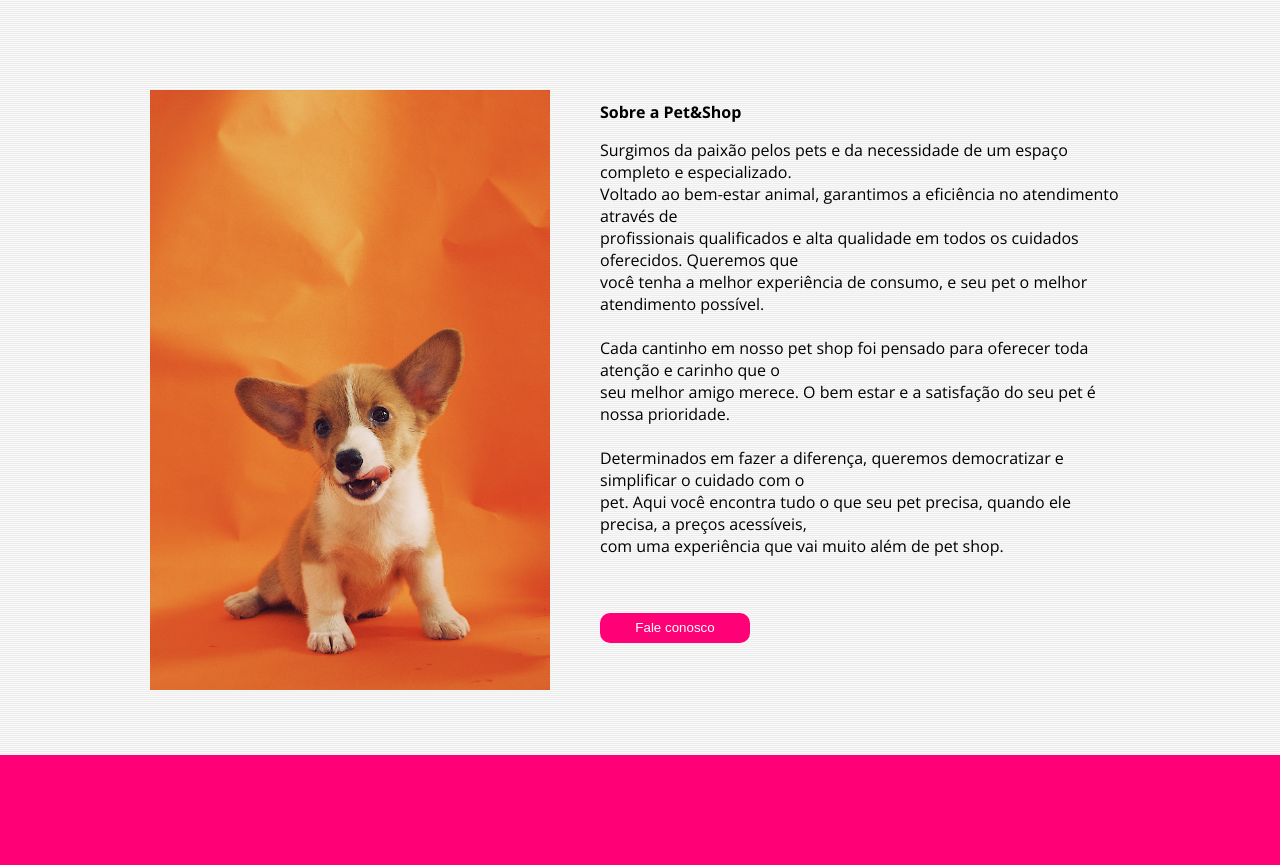
Repository: Carolden/ProhetoPetShop
Page: sobre.html
The author's editor kept a copy of each file at every save. The page is drawn from the files as they stood at one save, then again after the next save.
The browser window is 1280 px wide. The pictures show the part of the page from y = 260 to 1125 px (the page is 1790 px tall before and 2587 px after).
A picture or video elsewhere on the page could not be fetched, so the positions and the page height are approximate.

Above is the page before, as saved 2023-04-29 20:16:30.

After the next save:
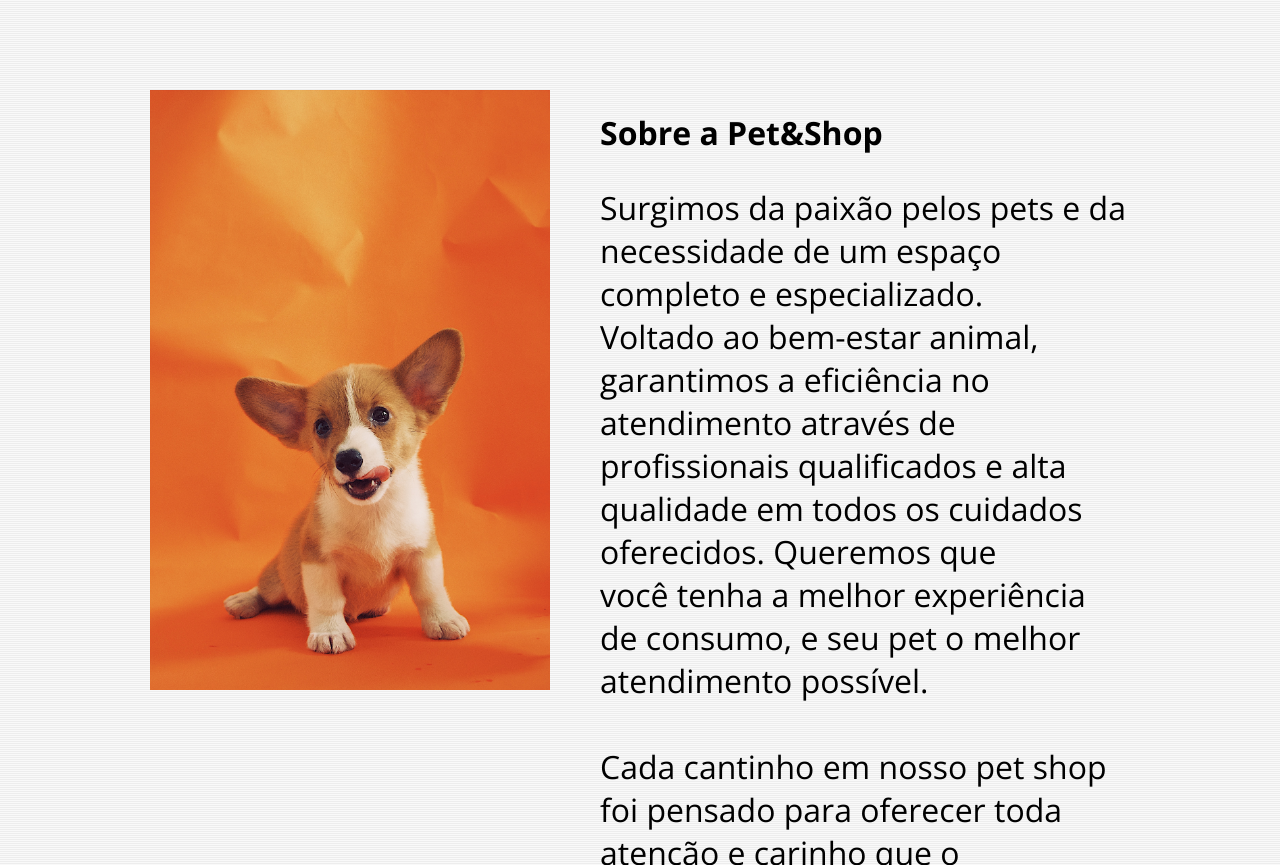
Saved 9 s later.
--- a/sobre.css
+++ b/sobre.css
@@ -69,7 +69,7 @@
 
 .columntext {
     padding-left: 50px;
-    font-size: 16px;
+    font-size: 32px;
 }
 
 .botao {
